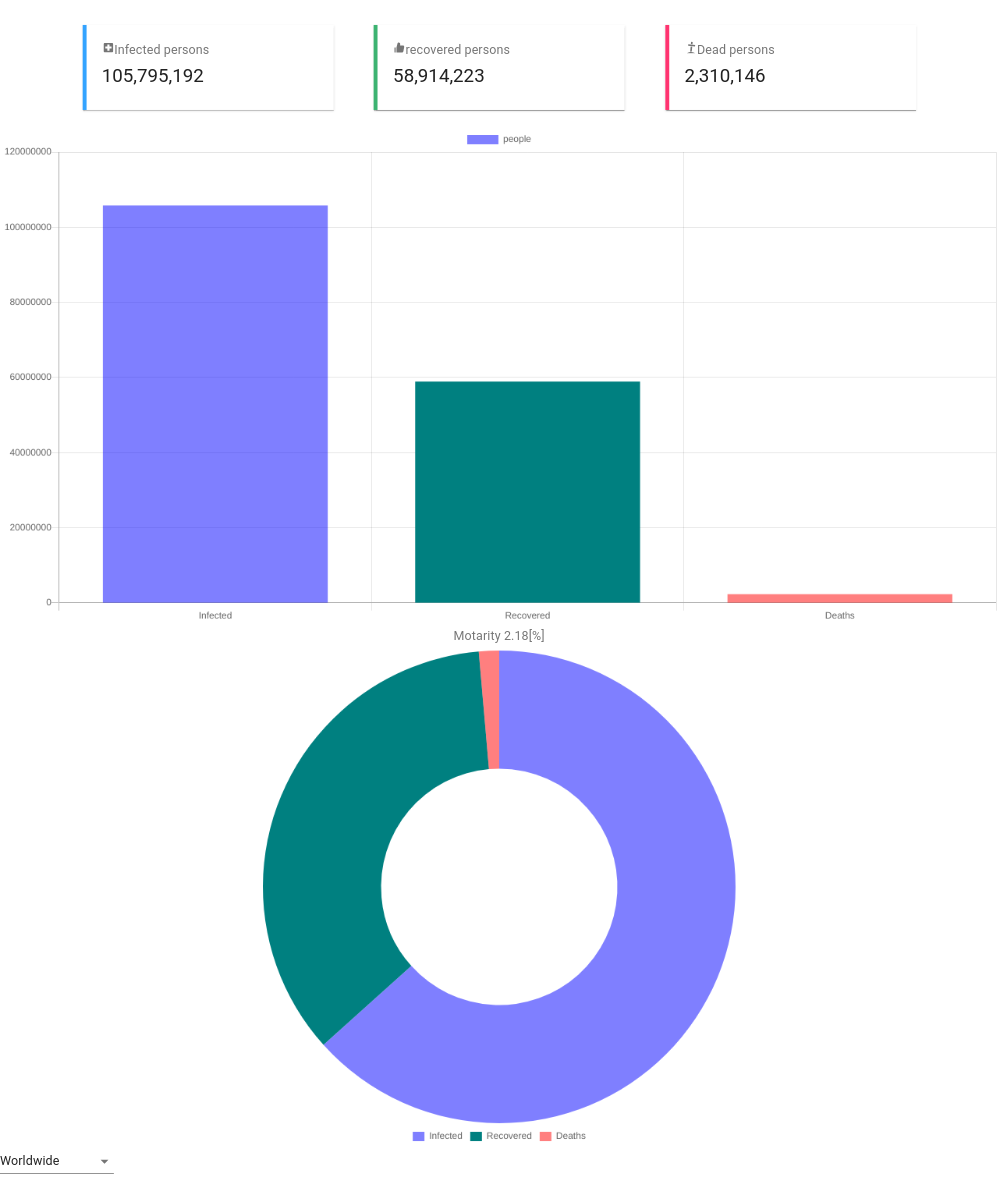
Repository: ShunsukeTanizaki/covid_dashboard
Page: /
The author's editor kept a copy of each file at every save. The page is drawn from the files as they stood at one save, then again after the next save.
The browser window is 1280 px wide. The page is 1284 px wide, so the pictures cover 1284 px, including what lies to the right of the window. The pictures show the whole page, at 78% of full size.
The project was rebuilt for these pictures with package versions that can differ from the ones it lists, and the page was loaded fresh each time. Also part of the build but not shown: src/App.css.

Above is the page before, as saved 2021-02-07 23:32:20.

After the next save:
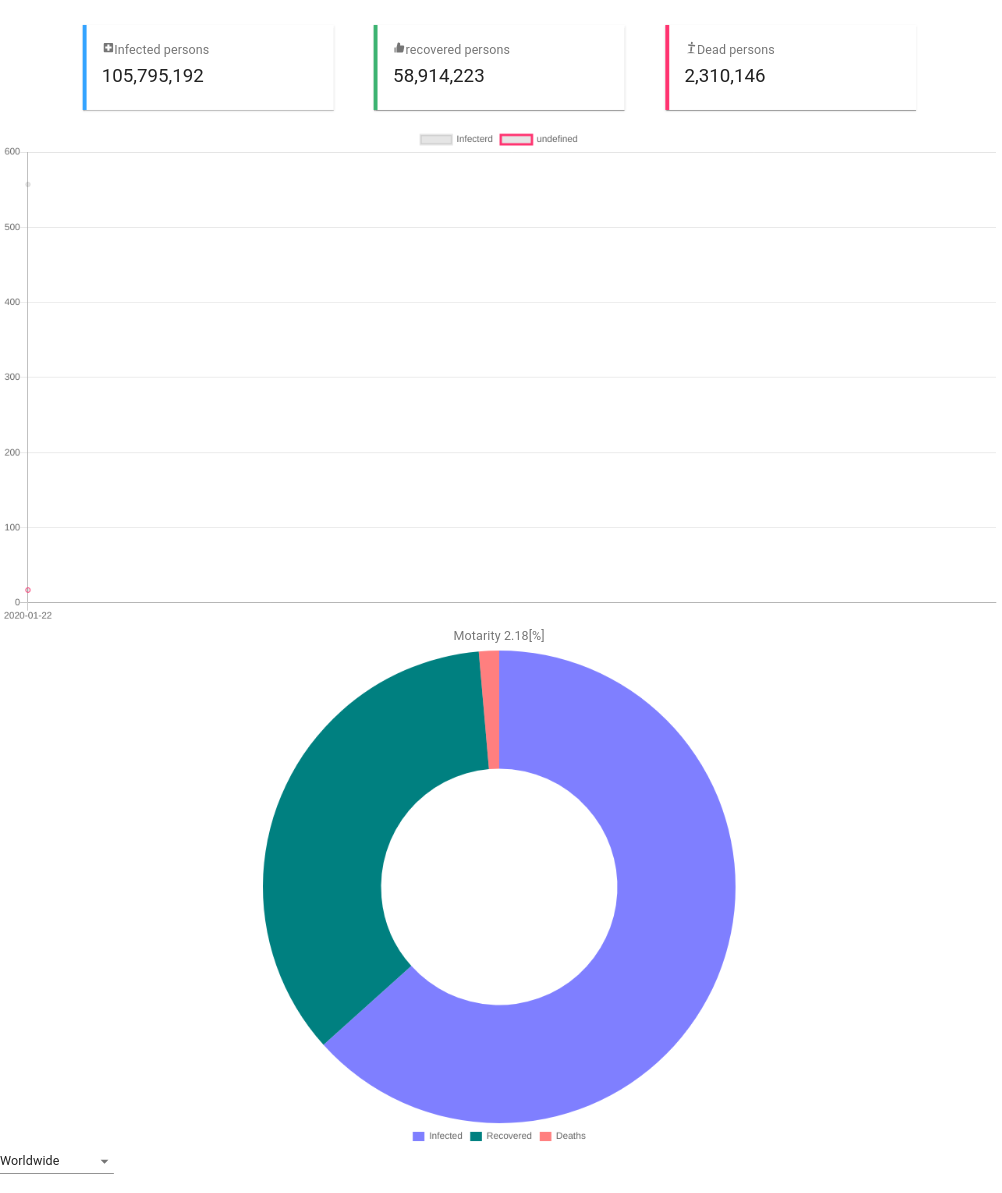
Saved 3 min 45 s later.
--- a/src/features/covid/covidSlice.ts
+++ b/src/features/covid/covidSlice.ts
@@ -43,7 +43,7 @@ const initialState: covidState = {
         },
         "lastUpdate": "2021-02-07T08:22:44.000Z"
     },
-    country: "japan",
+    country: "",
     dailyData:[
         {
         "totalConfirmed": 557,
